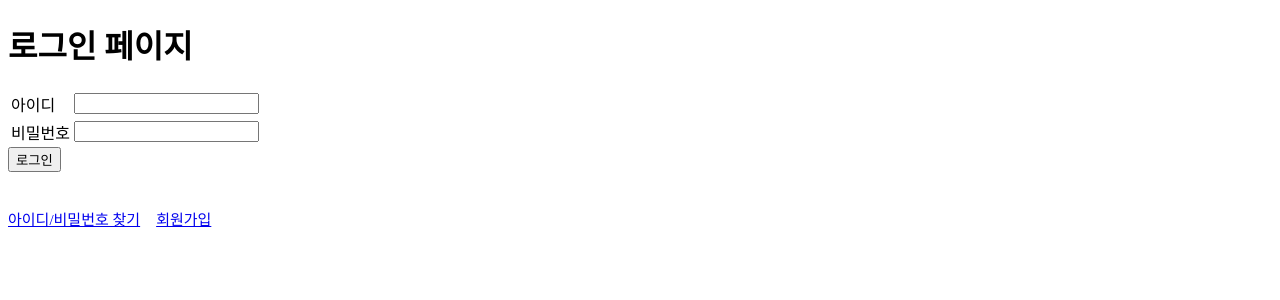
Repository: ksccmp/notice-board
Page: http://localhost/board/login.jsp
The author's editor kept a copy of each file at every save. The page is drawn from the files as they stood at one save, then again after the next save.
The browser window is 1280 px wide. The pictures show the whole page.
The page is served by Tomcat 9. Nobody is signed in. The application's start-up code is not run.

Above is the page before, as saved 2019-09-18 13:37:13.

After the next save:
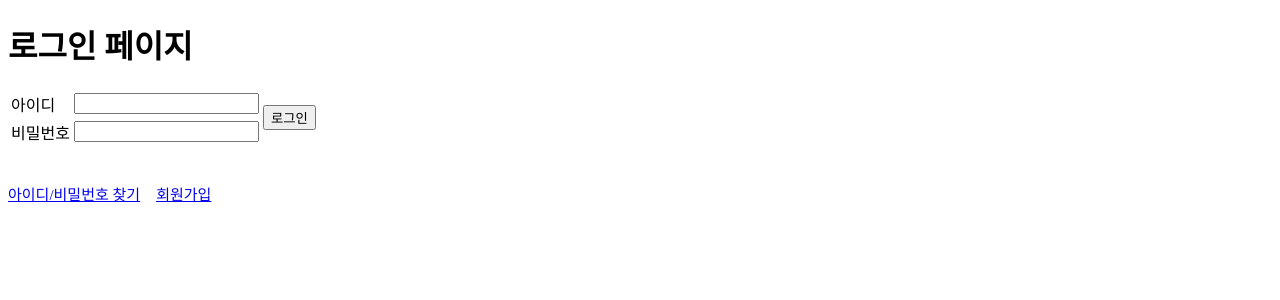
Saved 71 s later.
--- a/board/src/main/webapp/login.jsp
+++ b/board/src/main/webapp/login.jsp
@@ -23,6 +23,7 @@
 				<tr>
 					<td>아이디</td>
 					<td><input type="text" id="id" name="id"></td>
+					<td rowspan="2"><input type="submit" value="로그인"></td>
 				</tr>
 
 				<tr>
@@ -30,7 +31,6 @@
 					<td><input type="password" id="password" name="password"></td>
 				</tr>
 			</table>
-			<input type="submit" value="로그인">
 		</form>
 
 		<br><br>

After the 2 saves that followed:
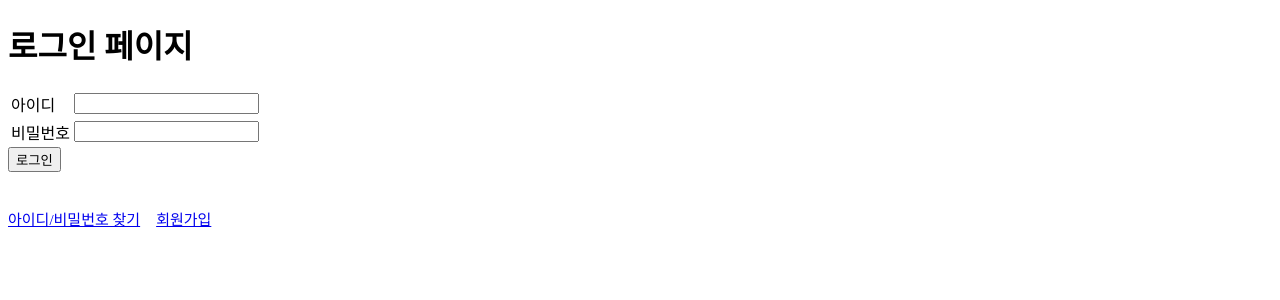
The 2 saves are shown as one change because 1 left the picture as it was.
The last was saved 44 s later.
--- a/board/src/main/webapp/login.jsp
+++ b/board/src/main/webapp/login.jsp
@@ -23,7 +23,6 @@
 				<tr>
 					<td>아이디</td>
 					<td><input type="text" id="id" name="id"></td>
-					<td rowspan="2"><input type="submit" value="로그인"></td>
 				</tr>
 
 				<tr>
@@ -31,6 +30,7 @@
 					<td><input type="password" id="password" name="password"></td>
 				</tr>
 			</table>
+			<input type="submit" value="로그인">
 		</form>
 
 		<br><br>
